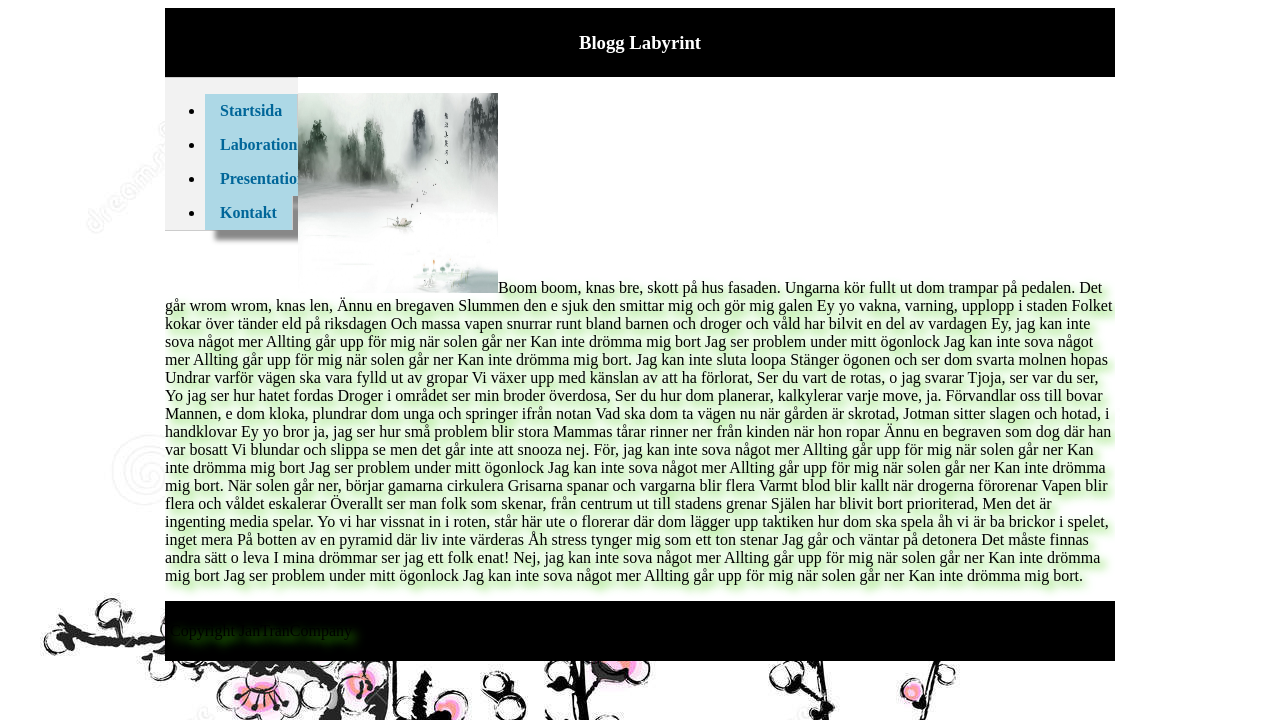
Repository: jt222ic/1ik415-jt222ic-lab-1
Page: pages/Blogginlagg.html
The author's editor kept a record of every edit. The page is drawn from the files as they stood at one moment, then again after the next edit.
The browser window is 1280 px wide. The pictures show the whole page.

Above is the page before.

### pages/Blogginlagg.html
<!DOCTYPE html>
<html lang="sv">
    <head>
        <meta charset="UTF-8" />
        <title>BLogg</title>
       <link rel="stylesheet" href="Csss/style.css" />
    </head>
    <body>
<div id="container">


   <div id="header"><h3>Blogg Labyrint</h3>

   </div>

    <div id="nav">
<ul>
        <li><a href="../index.html" class="active"> Startsida</a></li>
        <li><a href="laboration.html" class="active">Laboration</a></li>
        <li><a href ="presentation.html" class="active">Presentation</a></li>
        <li><a href ="kontakt.html" class="active">Kontakt</a></li>
</ul>

</div>



 <div id="section">



 <p>  <img src="jpeg/C9.jpg" width="200" height="200" alt="varföööör" class="left">Boom boom, knas bre, skott på hus fasaden.
Ungarna kör fullt ut dom trampar på pedalen.

Det går wrom wrom, knas len,
Ännu en bregaven
Slummen den e sjuk den smittar mig och gör mig galen
Ey yo vakna, varning, upplopp i staden
Folket kokar över tänder eld på riksdagen
Och massa vapen snurrar runt bland barnen
och droger och våld har bilvit en del av vardagen

Ey, jag kan inte sova något mer
Allting går upp för mig när solen går ner
Kan inte drömma mig bort
Jag ser problem under mitt ögonlock
Jag kan inte sova något mer
Allting går upp för mig när solen går ner
Kan inte drömma mig bort.

Jag kan inte sluta loopa
Stänger ögonen och ser dom svarta molnen hopas
Undrar varför vägen ska vara fylld ut av gropar
Vi växer upp med känslan av att ha förlorat,
Ser du vart de rotas,

o jag svarar Tjoja, ser var du ser,
Yo jag ser hur hatet fordas
Droger i området ser min broder överdosa,
Ser du hur dom planerar, kalkylerar varje move, ja.
Förvandlar oss till bovar
Mannen, e dom kloka, plundrar dom unga och springer ifrån notan
Vad ska dom ta vägen nu när gården är skrotad,
Jotman sitter slagen och hotad, i handklovar
Ey yo bror ja, jag ser hur små problem blir stora
Mammas tårar rinner ner från kinden när hon ropar
Ännu en begraven som dog där han var bosatt
Vi blundar och slippa se men det går inte att snooza nej.

För, jag kan inte sova något mer
Allting går upp för mig när solen går ner
Kan inte drömma mig bort
Jag ser problem under mitt ögonlock
Jag kan inte sova något mer
Allting går upp för mig när solen går ner
Kan inte drömma mig bort.

När solen går ner, börjar gamarna cirkulera
Grisarna spanar och vargarna blir flera
Varmt blod blir kallt när drogerna förorenar
Vapen blir flera och våldet eskalerar

Överallt ser man folk som skenar, från centrum ut till stadens grenar
Själen har blivit bort prioriterad, Men det är ingenting media spelar.

Yo vi har vissnat in i roten, står här ute o florerar
där dom lägger upp taktiken hur dom ska spela
åh vi är ba brickor i spelet, inget mera
På botten av en pyramid där liv inte värderas

Åh stress tynger mig som ett ton stenar
Jag går och väntar på detonera
Det måste finnas andra sätt o leva
I mina drömmar ser jag ett folk enat!

Nej, jag kan inte sova något mer
Allting går upp för mig när solen går ner
Kan inte drömma mig bort
Jag ser problem under mitt ögonlock
Jag kan inte sova något mer
Allting går upp för mig när solen går ner
Kan inte drömma mig bort.

</p>


<div id="footer"><p>Copyright JanTranCompany</p>

</div>
</div>





</div>
    </body>




</html>

### pages/Csss/style.css
/* backgrundsbild */

body  {
    background-image: url('../jpeg/China.jpg');

    }
/* text för p typografi */
p{
    color:black;
text-shadow: 5px 5px 10px #41C800;
    font-style: italic, sans-serif;
    text-align:left;




}

/* formulär */
#cform input, #cform textarea, #cform select
{
width:300px;
margin-bottom:20px;
}
#cform textarea { height:100px; }
#cform .checkbox { width:auto; }

.img{
    float:left;
}




/* navigation */

#nav {
      width: 14%;
      float: left;
      margin:0;
      padding: 0;
      list-style: none;
      background-color: #f2f2f2;
      border-bottom: 1px solid #ccc;
      border-top: 1px solid #ccc; }
   #nav li {float:left;
       }
   #nav li a {
      display: block;
      padding: 8px 15px;
      text-decoration: none;
      font-weight: bold;
      color: #069;
      border-right: 1px solid #ccc;
      list-style:none;}
   #nav li a:hover {
       list-style:none;
      color: #c00;
      background-color: #fff; }

      /* nav focus class */





      /* class active */

.active{

        font-weight:bold;
        text-align:left;
        color:black;

         box-shadow: 10px 10px 5px #888888;
         background-color: lightblue;
        /* skuggning för märkning */

    }

    /* content */

    #content{


        background-color:black;

        float:left;
        width: 800px;
    }




    /* header */

    #header {
    background-color:black;
    color:white;
    text-align:center;
    padding:5px;
    }


    /*footer */


    #footer {

    background-color:black;
    color:white;
    clear:both;
    text-align:center;
   padding:5px;
}

#container {
    overflow: auto;
    background-color:white;
    max-width: 950px;
    margin: 0 auto;

}

After the next edit:
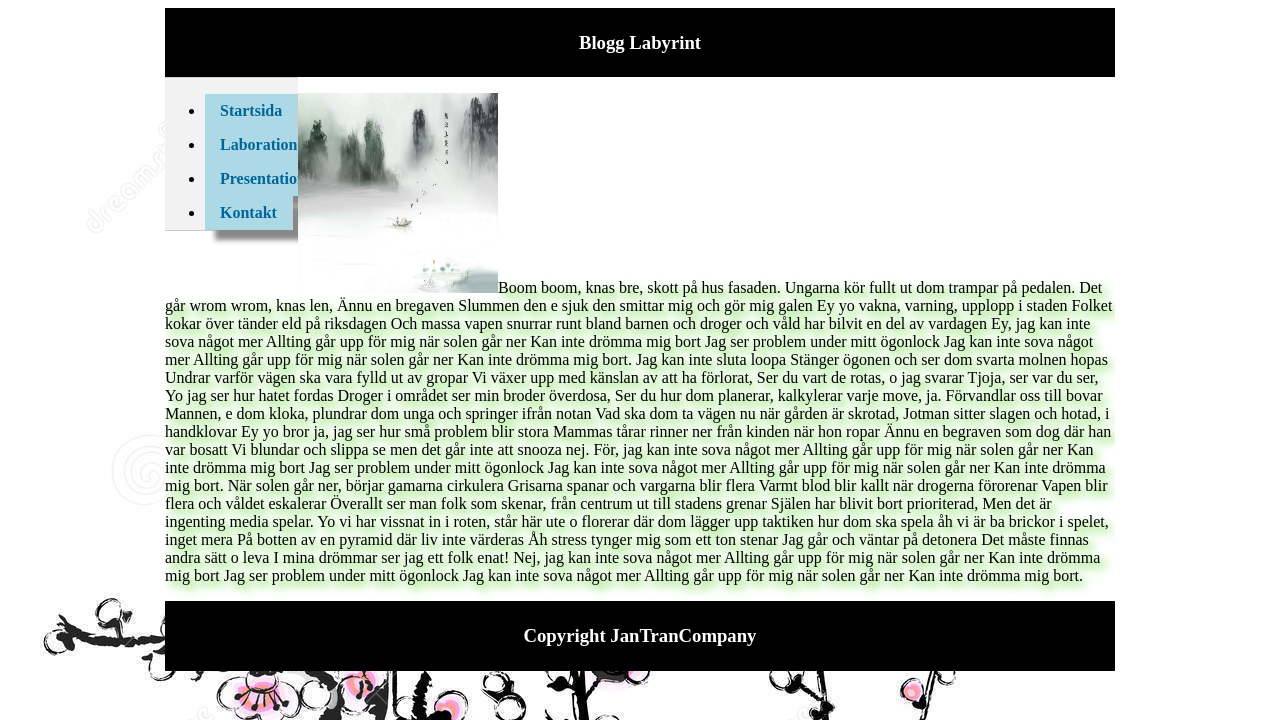
The edit:
--- a/pages/Blogginlagg.html
+++ b/pages/Blogginlagg.html
@@ -104,7 +104,7 @@
 </p>
 
 
-<div id="footer"><p>Copyright JanTranCompany</p>
+<div id="footer"><h3>Copyright JanTranCompany</h3>
 
 </div>
 </div>
